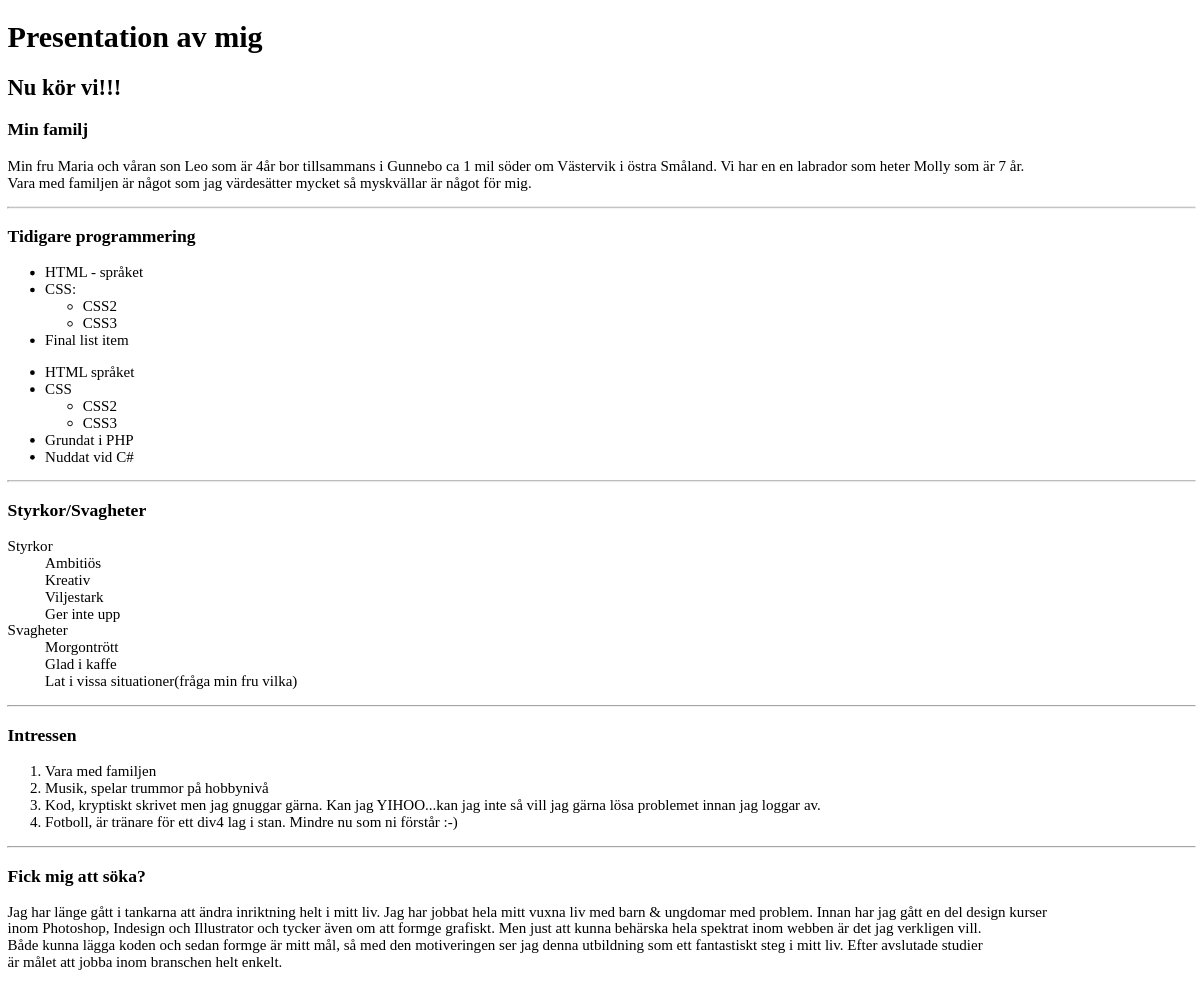
Repository: jt222ia/1ik415-jt222ia-laborationer
Page: pages/presentation.html
The author's editor kept a record of every edit. The page is drawn from the files as they stood at one moment, then again after the next edit.
The browser window is 1280 px wide. The pictures show the whole page, at 94% of full size.

Above is the page before.

### pages/presentation.html
<!DOCTYPE html>
<html>
    <head>
        <meta charset="utf-8" />
        <title>Min presentations sida</title>
    </head>

    <body>

    <!-- Nu börjar jag presentationen av mig :-) -->
    <h1>Presentation av mig</h1>

        <h2>Nu kör vi!!!</h2>

            <h3>Min familj</h3>
                    <p> Min fru Maria och våran son Leo som är 4år bor tillsammans i Gunnebo ca 1 mil söder om Västervik i östra Småland.
                    Vi har en en labrador som heter Molly som är 7 år. <br />
                    Vara med familjen är något som jag värdesätter mycket så myskvällar är något för mig.</p>
                    <hr />

            <h3>Tidigare programmering</h3>
                    <ul>
                        <li>HTML - språket</li>
                        <li>CSS:
                            <ul>
                                <li>CSS2</li>
                                <li>CSS3</li>
                            </ul>
                        </li>
                        <li>Final list item</li>
                    </ul>
                    <ul>
                        <li>HTML språket</li>
                        <li>CSS</li>
                        <ul>
                            <li>CSS2</li>
                            <li>CSS3</li>
                        </ul>
                        <li>Grundat i PHP</li>
                        <li>Nuddat vid C#</li>
                    </ul>
                    <hr />

            <h3>Styrkor/Svagheter</h3>
                    <dl>
                        <dt>Styrkor</dt>
                            <dd>Ambitiös</dd>
                            <dd>Kreativ</dd>
                            <dd>Viljestark</dd>
                            <dd>Ger inte upp</dd>

                        <dt>Svagheter</dt>
                            <dd>Morgontrött</dd>
                            <dd>Glad i kaffe</dd>
                            <dd>Lat i vissa situationer(fråga min fru vilka)</dd>
                    </dl>
                    <hr />

            <h3>Intressen</h3>
                        <ol>
                          <li>Vara med familjen</li>
                          <li>Musik, spelar trummor på hobbynivå</li>
                          <li>Kod, kryptiskt skrivet men jag gnuggar gärna. Kan jag YIHOO...kan jag inte så vill jag gärna lösa problemet innan jag loggar av.</li>
                          <li>Fotboll, är tränare för ett div4 lag i stan. Mindre nu som ni förstår :-)</li>
                        </ol>
                    <hr />

            <h3>Fick mig att söka?</h3>
                    <p>Jag har länge gått i tankarna att ändra inriktning helt i mitt liv. Jag har jobbat hela mitt vuxna liv med barn & ungdomar med problem.
                        Innan har jag gått en del design kurser<br /> inom Photoshop, Indesign och Illustrator och tycker även om att formge grafiskt. Men just att kunna behärska
                        hela spektrat inom webben är det jag verkligen vill.<br /> Både kunna lägga koden och sedan formge är mitt mål, så med den motiveringen ser jag denna utbildning
                        som ett fantastiskt steg i mitt liv. Efter avslutade studier<br /> är målet att jobba inom branschen helt enkelt.</p>

     <!-- Nu avslutar jag presentationen av mig. Hoppas det var trevlig läsning -->

    </body>
</html>

After the next edit:
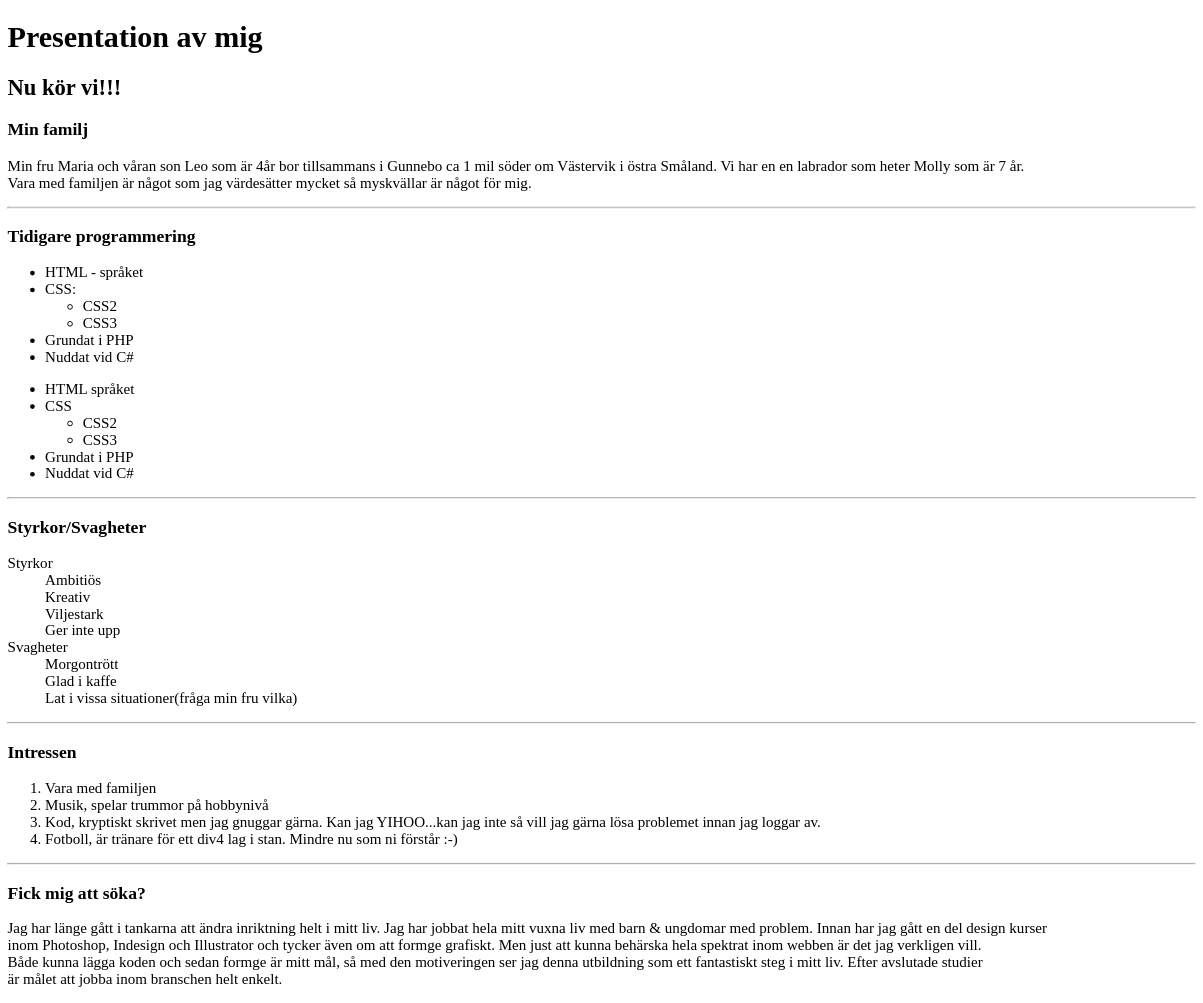
The edit:
--- a/pages/presentation.html
+++ b/pages/presentation.html
@@ -27,7 +27,8 @@
                                 <li>CSS3</li>
                             </ul>
                         </li>
-                        <li>Final list item</li>
+                        <li>Grundat i PHP</li>
+                        <li>Nuddat vid C#</li>
                     </ul>
                     <ul>
                         <li>HTML språket</li>
